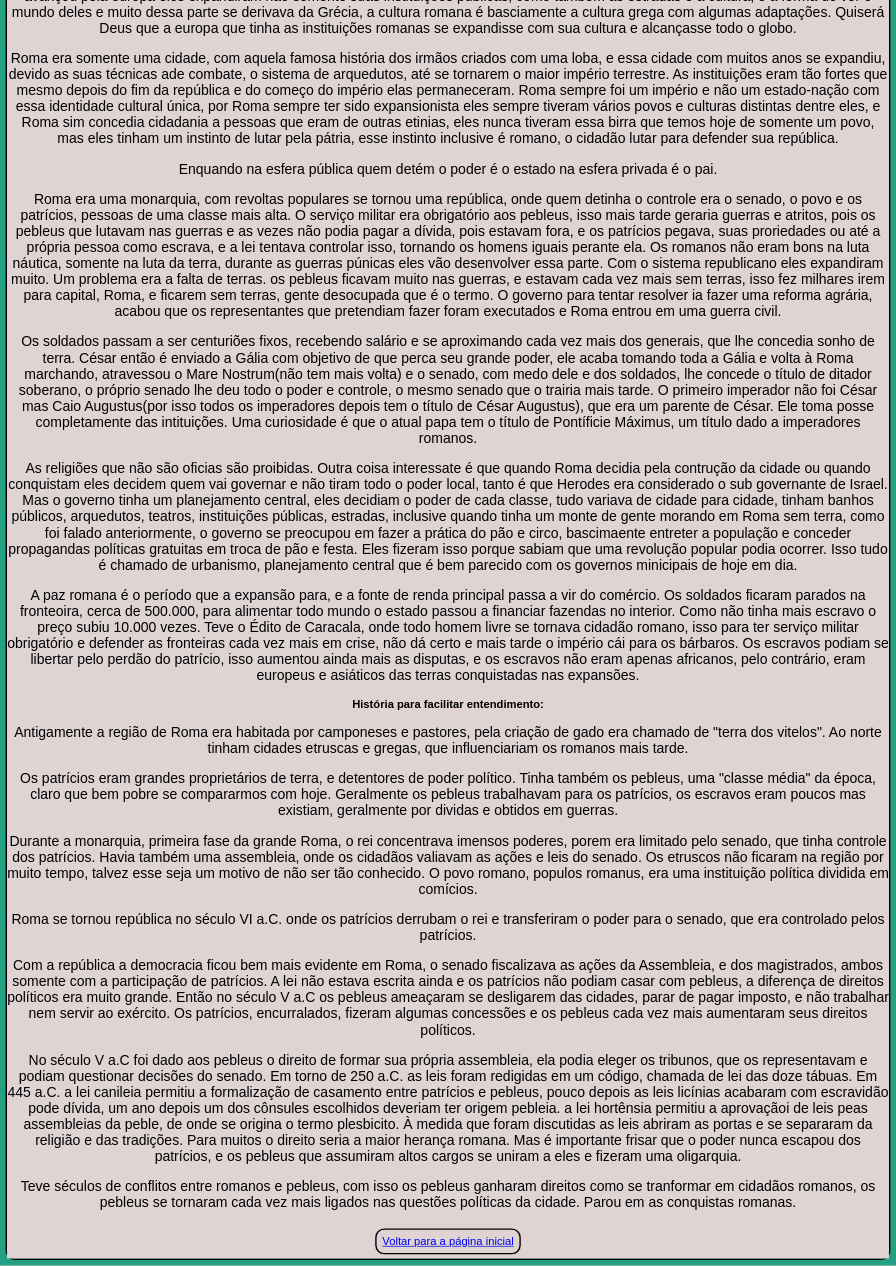
Repository: batmit/FutureFundation.github.io-1
Page: menu/articles/history/ancient/rome/rome1.html
These files come from the project's save history. The page is drawn as it stood at one moment and after the next save; the edit follows.
The browser window is 1280 px wide. The pictures show the part of the page from y = 707 to 2627 px (the page is 2515 px tall before and 2627 px after), at 70% of full size.

Above is the page before, as saved 2021-10-03 17:57:56.

After the next save:
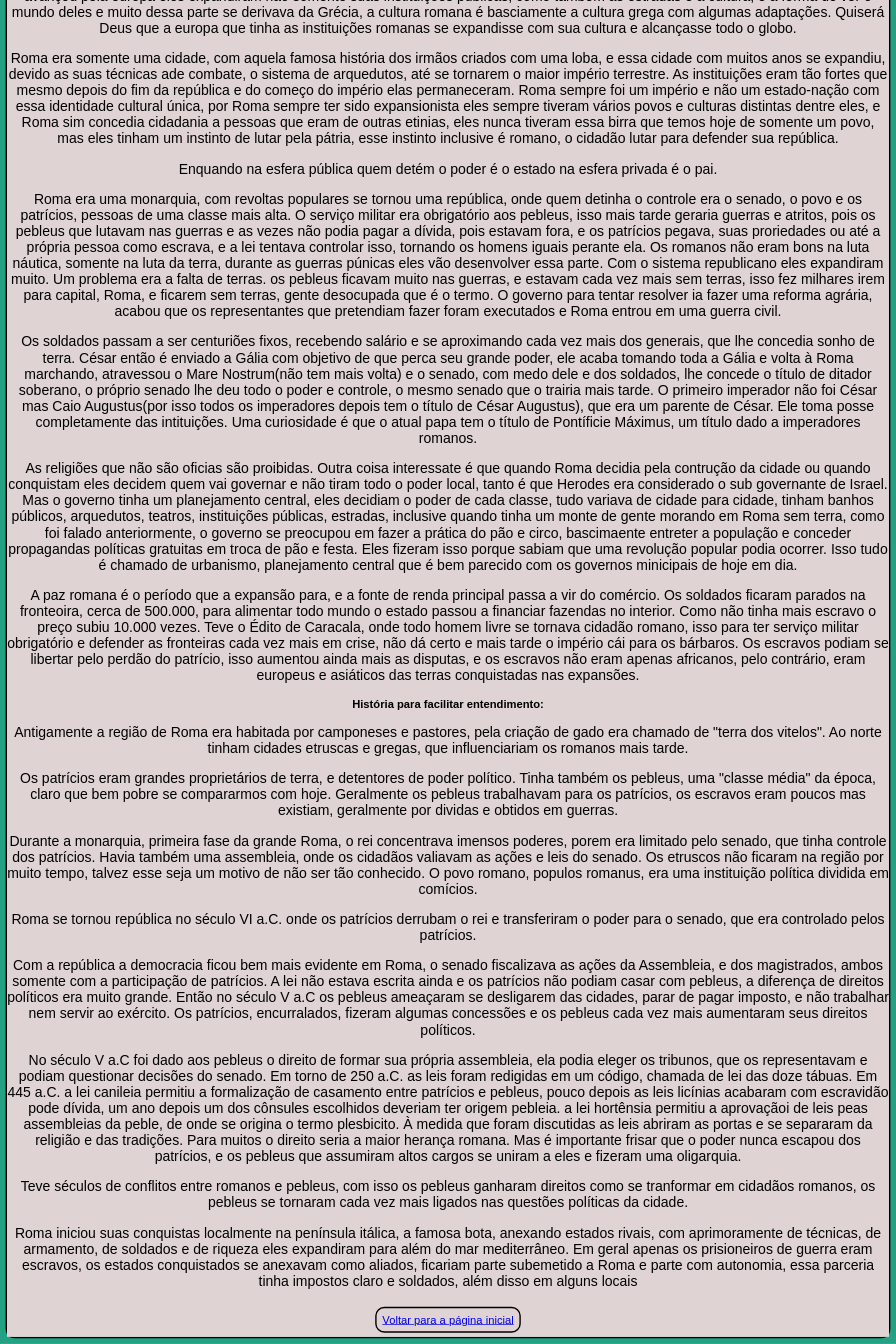
Saved 3 h 8 min later.
--- a/menu/articles/history/ancient/rome/rome1.html
+++ b/menu/articles/history/ancient/rome/rome1.html
@@ -40,7 +40,8 @@
         <p>Com a república a democracia ficou bem mais evidente em Roma, o senado fiscalizava as ações da Assembleia, e dos magistrados, ambos somente com a participação de patrícios. A lei não estava escrita ainda e os patrícios não podiam casar com pebleus, a diferença de direitos políticos era muito grande. Então no século V a.C os pebleus ameaçaram se desligarem das cidades, parar de pagar imposto, e não trabalhar nem servir ao exército. Os patrícios, encurralados, fizeram algumas concessões e os pebleus cada vez mais aumentaram seus direitos políticos. </p>
         <p>No século V a.C foi dado aos pebleus o direito de formar sua própria assembleia, ela podia eleger os tribunos, que os representavam e podiam questionar decisões do senado. Em torno de 250 a.C. as leis foram redigidas em um código, chamada de lei das doze tábuas. Em 445 a.C. a lei canileia permitiu a formalização de casamento entre patrícios e pebleus, pouco depois as leis licínias acabaram com escravidão pode dívida, um ano depois um dos cônsules escolhidos deveriam ter origem pebleia. a lei hortênsia permitiu a aprovaçãoi de leis peas assembleias da peble, de onde se origina o termo plesbicito. À medida que foram discutidas as leis abriram as portas e se separaram da religião e das tradições. Para muitos o direito seria a maior herança romana. Mas é importante frisar que o poder nunca escapou dos patrícios, e os pebleus que assumiram altos cargos se uniram a eles e fizeram uma oligarquia. </p>
 
-        <p>Teve séculos de conflitos entre romanos e pebleus, com isso os pebleus ganharam direitos como se tranformar em cidadãos romanos, os pebleus se tornaram cada vez mais ligados nas questões políticas da cidade. Parou em as conquistas romanas. </p>
+        <p>Teve séculos de conflitos entre romanos e pebleus, com isso os pebleus ganharam direitos como se tranformar em cidadãos romanos, os pebleus se tornaram cada vez mais ligados nas questões políticas da cidade. </p>
+        <p>Roma iniciou suas conquistas localmente na península itálica, a famosa bota, anexando estados rivais, com aprimoramente de técnicas, de armamento, de soldados e de riqueza eles expandiram para além do mar mediterrâneo. Em geral apenas os prisioneiros de guerra eram escravos, os estados conquistados se anexavam como aliados, ficariam parte subemetido a Roma e parte com autonomia, essa parceria tinha impostos claro e soldados, além disso em alguns locais </p>
 
 
         <a href="/menu/articles/history/ancient/rome/rome_main.html">Voltar para a página inicial</a>
